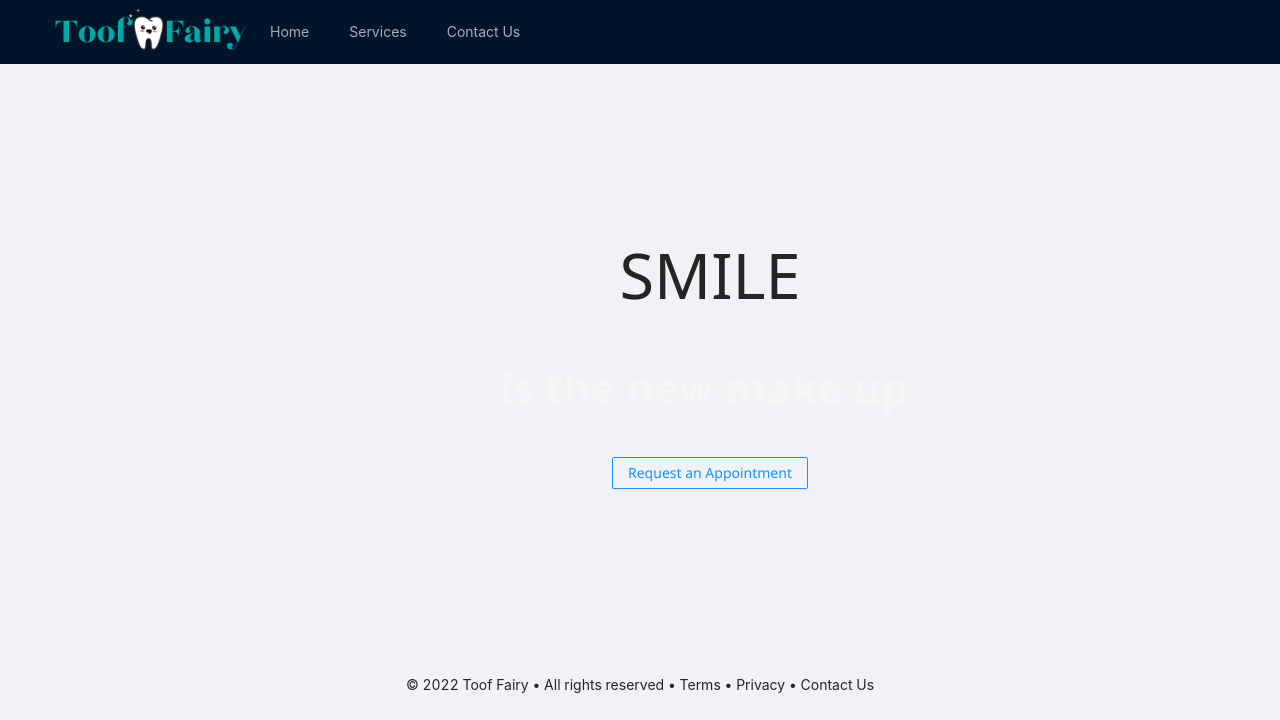
Repository: neldad1/dentist-app
Page: /
The author's editor kept a copy of each file at every save. The page is drawn from the files as they stood at one save, then again after the next save.
The browser window is 1280 px wide. The pictures show the whole page.
The project was rebuilt for these pictures with package versions that can differ from the ones it lists, and the page was loaded fresh each time. Also part of the build but not shown: src/components/Contact.jsx, src/components/Services/Cosmetic.jsx, src/components/Services/Resorative.jsx, src/components/Services/Preventative.jsx. Imported but missing from the stored project, and not drawn on this page: src/components/Services.

Above is the page before, as saved 2022-03-09 16:37:19.

### public/index.html
<!DOCTYPE html>
<html lang="en">
  <head>
    <meta charset="utf-8" />
    <link rel="ico" href="%PUBLIC_URL%/tf-logo.svg" />
    <meta name="viewport" content="width=device-width, initial-scale=1" />
    <meta name="theme-color" content="#000000" />
    <meta
      name="description"
      content="Web site created using create-react-app"
    />
    <link rel="apple-touch-icon" href="%PUBLIC_URL%/logo192.png" />
    <!--
      manifest.json provides metadata used when your web app is installed on a
      user's mobile device or desktop. See https://developers.google.com/web/fundamentals/web-app-manifest/
    -->
    <link rel="manifest" href="%PUBLIC_URL%/manifest.json" />
    <!--
      Notice the use of %PUBLIC_URL% in the tags above.
      It will be replaced with the URL of the `public` folder during the build.
      Only files inside the `public` folder can be referenced from the HTML.

      Unlike "/favicon.ico" or "favicon.ico", "%PUBLIC_URL%/favicon.ico" will
      work correctly both with client-side routing and a non-root public URL.
      Learn how to configure a non-root public URL by running `npm run build`.
    -->
    <title>Toof Fairy</title>
  </head>
  <body>
    <noscript>You need to enable JavaScript to run this app.</noscript>
    <div id="root"></div>
    <!--
      This HTML file is a template.
      If you open it directly in the browser, you will see an empty page.

      You can add webfonts, meta tags, or analytics to this file.
      The build step will place the bundled scripts into the <body> tag.

      To begin the development, run `npm start` or `yarn start`.
      To create a production bundle, use `npm run build` or `yarn build`.
    -->
  </body>
</html>

### src/App.js
import { BrowserRouter } from 'react-router-dom';
import './App.css';
import 'antd/dist/antd.min.css';
import Navigation from './components/Router/Navigation';
import AppRoutes from './components/Router/AppRoutes';
import { Layout } from 'antd';
import HeaderLogo from './components/HeaderLogo';
const { Header, Footer, Content } = Layout;

function App() {
  return (
    <Layout className="layout">
      <BrowserRouter>
        <Header>
          <HeaderLogo />
          <Navigation />
        </Header>
        <Content className="content">
          <AppRoutes />
        </Content>
      </BrowserRouter>
      <Footer className="footer">
        © 2022 Toof Fairy • All rights reserved • Terms • Privacy • Contact Us
      </Footer>
    </Layout>
  );
}

export default App;

### src/App.css
.layout {
  height: 100vh;
  width: 100vw;
  background-image: url('/public/cropped.jpg');
  background-size: cover;
  background-repeat: no-repeat;
  text-align: center;
}

.navigation {
  background-color: inherit;;
}

.logo {
  width: 200px;
  height: 50px;
  float: left;
  margin-top: 4px;
}

.footer {
  color: white;
}

.content, .home {
  display: flex;
  flex-direction: column;
  align-items: center;
  justify-content: center;
  color: whitesmoke;
}

.intro-wrapper {
  text-align: center;
}

.home {
  width: 100%;
  height: 100%;
}

.content-wrapper {
  width: 50%;
  font-family: 'Segoe UI', sans-serif;
  margin-left: 10em;
}
.tagline1 {
  font-weight: bolder;
  font-size: 3em;
  margin: 0
}
.tagline2 {
  font-size: 1em;
}

### src/components/Router/Navigation.jsx
import { Link } from 'react-router-dom';
import { Menu } from 'antd';
const { SubMenu } = Menu;

const Navigation = () => {
  return (
    <Menu mode="horizontal" theme="dark">
      <Menu.Item key="home">
        <span>Home</span>
        <Link to="/" />
      </Menu.Item>
      <SubMenu key="subMenu" title="Services">
        <Menu.Item key="cosmetic">
          <span>Cosmetic</span>
          <Link to="/cosmetic" />
        </Menu.Item>
        <Menu.Item key="restore">
          <span>Restorative</span>
          <Link to="/restorative" />
        </Menu.Item>
        <Menu.Item key="prevent">
          <span>Preventative</span>
          <Link to="/preventative" />
        </Menu.Item>
      </SubMenu>
      <Menu.Item key="contact">
        <span>Contact Us</span>
        <Link to="/contact" />
      </Menu.Item>
    </Menu>
  );
};

export default Navigation;

### src/components/Router/AppRoutes.jsx
import { Route, Routes } from 'react-router-dom';
import Home from '../Home';
import Services from '../Services';
import Contact from '../Contact';
import Cosmetic from '../Services/Cosmetic';
import Restorative from '../Services/Resorative';
import Preventative from '../Services/Preventative';

const AppRoutes = () => {
  return (
    <Routes>
      <Route exact path="/" element={<Home />} />
      <Route path="/cosmetic" element={<Cosmetic />} />
      <Route path="/restorative" element={<Restorative />} />
      <Route path="/preventative" element={<Preventative />} />
      <Route path="/contact" element={<Contact />} />
    </Routes>
  );
};

export default AppRoutes;

### src/components/HeaderLogo.jsx
import { Link } from 'react-router-dom';

const HeaderLogo = () => {
  return (
    <Link to="/">
      <img className="logo" src={require('../tfLogo.png')} alt="TF" />
    </Link>
  );
};

export default HeaderLogo;

### src/components/Home.jsx
import { Button } from 'antd';
import { Link } from 'react-router-dom';

const Home = () => {
  return (
    <div className="home">
      <div className="content-wrapper">
        <div className="tagline1">
          <h1>SMILE</h1>
          <span>is the new make up.</span>
        </div>
        <p className="addr">3000 * Melbourne * Victoria</p>
        <Link to="/contact">
          <Button type="primary" ghost>
            Request an Appointment
          </Button>
        </Link>
      </div>
    </div>
  );
};

export default Home;

Loaded but not shown: src/index.js (common file); src/index.css (common file); src/reportWebVitals.js (common file)

After the next save:
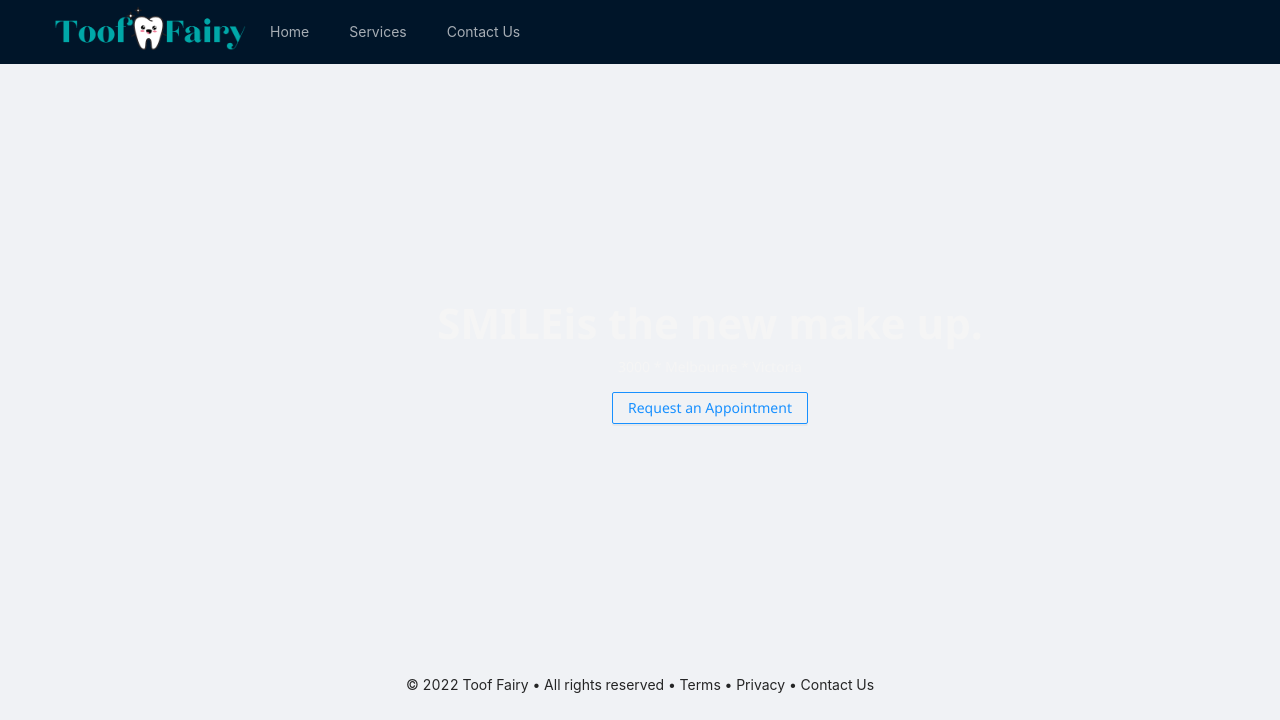
Saved 18 s later.
--- a/src/components/Home.jsx
+++ b/src/components/Home.jsx
@@ -6,7 +6,7 @@ const Home = () => {
     <div className="home">
       <div className="content-wrapper">
         <div className="tagline1">
-          <h1>SMILE</h1>
+          <span>SMILE</span>
           <span>is the new make up.</span>
         </div>
         <p className="addr">3000 * Melbourne * Victoria</p>
